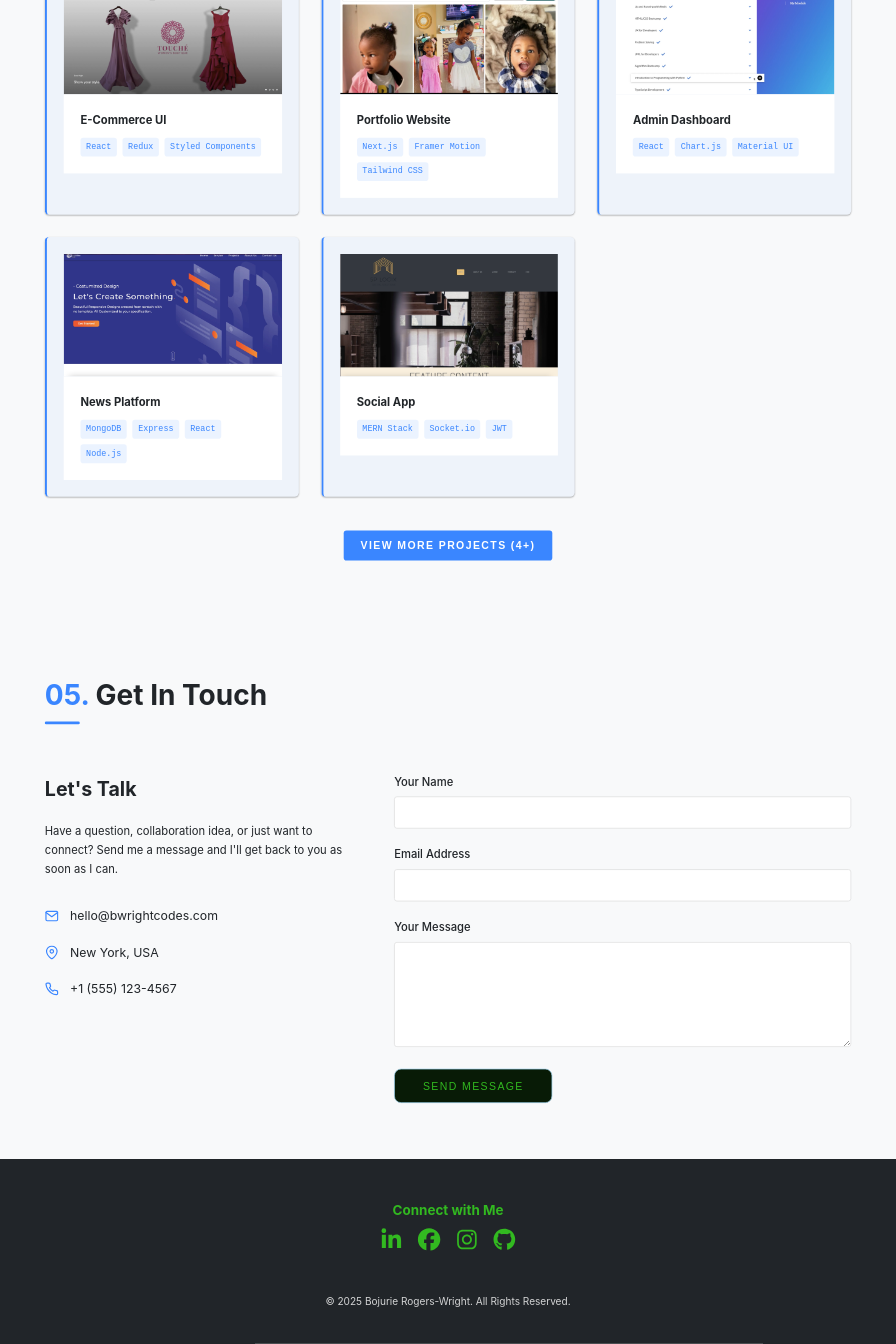
Repository: Bojurie/Portfolio_2022
Page: /
An editor plug-in stored every save of this project. The page is shown before and after the next save, followed by the edit.
The browser window is 1280 px wide. The pictures show the part of the page from y = 3724 to 5644 px (the page is 5644 px tall before and 5634 px after), at 70% of full size.
Pictures or frames that could not be fetched are drawn as grey boxes. The project was rebuilt for these pictures with package versions that can differ from the ones it lists, and the page was loaded fresh each time. Also part of the build but not shown: src/component/pages/Resume.css, src/component/pages/Resume.js. Imported but missing from the stored project, and not drawn on this page: src/component/Resume.pdf, src/component/images/video.mp4, src/component/videos/Screen Recording 2022-04-01 at 8.22.57 PM.mov, src/component/videos/Screen Recording 2022-04-01 at 8.23.25 PM.mov, src/component/videos/Screen Recording 2022-04-01 at 8.25.20 PM.mov, src/component/videos/Screen Recording 2022-04-01 at 8.27.28 PM.mov, src/component/videos/Screen Recording 2022-04-01 at 8.28.35 PM.mov, src/component/videos/Screen Recording 2022-04-01 at 8.30.37 PM.mov and 3 more.

Above is the page before, as saved 2025-04-22 06:25:14.

### public/index.html
<!DOCTYPE html>
<html lang="en">
  <head>
    <meta charset="utf-8" />
    <link rel="icon" href="%PUBLIC_URL%/favicon.ico" />
    <meta name="viewport" content="width=device-width, initial-scale=1" />
    <meta name="theme-color" content="#000000" />
    <meta
      name="description"
      content="Web site created using create-react-app"
    />
    <link rel="apple-touch-icon" href="%PUBLIC_URL%/logo192.png" />


    <link rel="manifest" href="%PUBLIC_URL%/manifest.json" />
    <!--
      Notice the use of %PUBLIC_URL% in the tags above.
      It will be replaced with the URL of the `public` folder during the build.
      Only files inside the `public` folder can be referenced from the HTML.

      Unlike "/favicon.ico" or "favicon.ico", "%PUBLIC_URL%/favicon.ico" will
      work correctly both with client-side routing and a non-root public URL.
      Learn how to configure a non-root public URL by running `npm run build`.
    -->
    <title>Bojurie Rogers-Wright | | Tech</title>
     <link rel="shortcut icon" href="%PUBLIC_URL%/favicon.ico">
    <link rel="apple-touch-icon" sizes="180x180" href="/apple-touch-icon.png">
    <link rel="icon" type="image/png" sizes="32x32" href="/favicon-32x32.png">
    <link rel="icon" type="image/png" sizes="16x16" href="/favicon-16x16.png">
    <link rel="manifest" href="/site.webmanifest">


    <link rel="preconnect" href="https://fonts.googleapis.com">
    <link rel="preconnect" href="https://fonts.gstatic.com" crossorigin>
    <link href="https://fonts.googleapis.com/css2?family=Montserrat:ital,wght@0,100;0,200;0,300;0,400;0,500;0,600;0,700;0,800;0,900;1,100;1,200;1,300;1,400;1,500;1,600;1,700;1,800;1,900&family=Roboto:ital,wght@0,300;0,400;0,500;0,700;1,300&display=swap" rel="stylesheet">
  </head>
  <body>
    <noscript>You need to enable JavaScript to run this app.</noscript>
    <div id="root"></div>

   <script>

   </script>
  </body>
</html>

### src/App.css
:root {
  --primary-color: #3a86ff;
  --secondary-color: #8338ec;
  --dark-color: #212529;
  --light-color: #f8f9fa;
  --success-color: #06d6a0;
  --danger-color: #ef476f;
  --warning-color: #ffd166;

  --font-main: 'Inter', -apple-system, BlinkMacSystemFont, sans-serif;
  --font-mono: 'Fira Code', monospace;

  --transition: all 0.3s ease-in-out;
  --shadow-sm: 0 1px 3px rgba(0,0,0,0.12), 0 1px 2px rgba(0,0,0,0.24);
  --shadow-md: 0 4px 6px rgba(0,0,0,0.1), 0 1px 3px rgba(0,0,0,0.08);
  --shadow-lg: 0 10px 25px rgba(0,0,0,0.1), 0 5px 10px rgba(0,0,0,0.05);
}

* {
  margin: 0;
  padding: 0;
  box-sizing: border-box;
}

html {
  scroll-behavior: smooth;
}

body {
  font-family: var(--font-main);
  line-height: 1.6;
  color: var(--dark-color);
  background-color: var(--light-color);
  overflow-x: hidden;
}

.app {
  display: flex;
  flex-direction: column;
  min-height: 100vh;
}

/* Utility Classes */
.container {
  width: 100%;
  max-width: 1200px;
  margin: 0 auto;
  padding: 0 1.5rem;
}

.section {
  padding: 5rem 0;
}

.section-title {
  font-size: 2.5rem;
  margin-bottom: 2rem;
  position: relative;
  display: inline-block;
}

.section-title::after {
  content: '';
  position: absolute;
  bottom: -10px;
  left: 0;
  width: 50px;
  height: 4px;
  background: var(--primary-color);
  border-radius: 2px;
}

.btn {
  display: inline-block;
  padding: 0.8rem 1.5rem;
  border-radius: 4px;
  font-weight: 600;
  text-decoration: none;
  transition: var(--transition);
  cursor: pointer;
  border: none;
}

.btn-primary {
  background: var(--primary-color);
  color: white;
}

.btn-primary:hover {
  background: #2a75e6;
  transform: translateY(-2px);
  box-shadow: var(--shadow-md);
}

.btn-outline {
  background: transparent;
  border: 2px solid var(--primary-color);
  color: var(--primary-color);
}

.btn-outline:hover {
  background: var(--primary-color);
  color: white;
  transform: translateY(-2px);
}

/* Responsive */
@media (max-width: 768px) {
  .section {
    padding: 3rem 0;
  }

  .section-title {
    font-size: 2rem;
  }
}

### src/component/pages/Home.css
.home {
  display: flex;
  flex-direction: column;
  overflow-x: hidden;
}

/* Ensures sections have proper spacing */
.home > section {
  scroll-margin-top: 100px;
}

### src/component/pages/About.css
.about-grid {
  display: grid;
  grid-template-columns: 1fr 2fr;
  gap: 3rem;
  margin-top: 3rem;
}

.about-image-container {
  position: relative;
}

.about-image-wrapper {
  position: relative;
  width: 100%;
  max-width: 300px;
  margin: 0 auto;
}

.about-image {
  width: 100%;
  height: auto;
  border-radius: 4px;
  position: relative;
  z-index: 1;
  filter: grayscale(100%) contrast(1);
  transition: var(--transition);
}

.about-image-border {
  position: absolute;
  width: 100%;
  height: 100%;
  border: 2px solid var(--primary-color);
  border-radius: 4px;
  top: 20px;
  left: 20px;
  z-index: 0;
  transition: var(--transition);
}

.about-image-container:hover .about-image {
  filter: none;
}

.about-image-container:hover .about-image-border {
  top: 15px;
  left: 15px;
}

.about-name {
  font-size: 2rem;
  margin-bottom: 0.5rem;
  color: var(--dark-color);
}

.about-role {
  font-size: 1.25rem;
  color: var(--primary-color);
  margin-bottom: 1.5rem;
}

.about-bio {
  margin-bottom: 2rem;
  font-size: 1.1rem;
}

.about-text {
  margin-bottom: 3rem;
}

.about-text p {
  margin-bottom: 1.5rem;
  line-height: 1.7;
}

.skills-heading {
  font-size: 1.5rem;
  margin-bottom: 1.5rem;
  position: relative;
}

.skills-grid {
  display: grid;
  grid-template-columns: repeat(2, 1fr);
  gap: 1rem;
}

.skill-item {
  display: flex;
  align-items: center;
  gap: 0.75rem;
  font-family: var(--font-mono);
  font-size: 0.9rem;
  color: var(--dark-color);
}

.skill-icon {
  color: var(--primary-color);
  font-size: 1.1rem;
}

@media (max-width: 992px) {
  .about-grid {
    grid-template-columns: 1fr;
  }

  .about-image-wrapper {
    margin-bottom: 3rem;
  }
}

@media (max-width: 576px) {
  .skills-grid {
    grid-template-columns: 1fr;
  }
}

### src/component/pages/Contact.css
.contact-grid {
  display: grid;
  grid-template-columns: 1fr 1.5fr;
  gap: 4rem;
  margin-top: 3rem;
}

.contact-subtitle {
  font-size: 1.75rem;
  margin-bottom: 1.5rem;
}

.contact-text {
  margin-bottom: 2.5rem;
  line-height: 1.7;
}

.contact-details {
  display: flex;
  flex-direction: column;
  gap: 1.5rem;
}

.contact-item {
  display: flex;
  align-items: center;
  gap: 1rem;
  font-size: 1.1rem;
}

.contact-icon {
  color: var(--primary-color);
  font-size: 1.25rem;
}

.form-group {
  margin-bottom: 1.5rem;
}

.form-group label {
  display: block;
  margin-bottom: 0.5rem;
  font-weight: 500;
}

.form-input,
.form-textarea {
  width: 100%;
  padding: 0.75rem 1rem;
  border: 1px solid #ddd;
  border-radius: 4px;
  font-family: var(--font-main);
  font-size: 1rem;
  transition: var(--transition);
}

.form-input:focus,
.form-textarea:focus {
  outline: none;
  border-color: var(--primary-color);
  box-shadow: 0 0 0 2px rgba(58, 134, 255, 0.2);
}

.form-textarea {
  resize: vertical;
  min-height: 150px;
}

.success-message {
  padding: 1rem;
  background: rgba(6, 214, 160, 0.1);
  color: var(--success-color);
  border-radius: 4px;
  margin-bottom: 1.5rem;
  text-align: center;
}

@media (max-width: 992px) {
  .contact-grid {
    grid-template-columns: 1fr;
    gap: 3rem;
  }
}

### src/component/Header.css
.header {
  width: 100%;
  position: sticky;
  top: 0;
  z-index: 1000;
}

### src/SocialFollow.js
import React from "react";
import { FontAwesomeIcon } from "@fortawesome/react-fontawesome";
import {
  faFacebook,
  faInstagram,
  faGithub,
  faLinkedinIn,
} from "@fortawesome/free-brands-svg-icons";
import "./SocialFollow.css";

const SocialFollow = () => {
  return (
    <div className="social-container">
      <h3>Connect with Me</h3>
      <a
        href="https://www.linkedin.com/in/bojurie-rogers-wright/"
        className="linkedin social"
        target="_blank"
        rel="noopener noreferrer"
      >
        <FontAwesomeIcon icon={faLinkedinIn} size="2x" />
      </a>
      <a
        href="https://www.facebook.com/bojurie.rogers/"
        className="facebook social"
        target="_blank"
        rel="noopener noreferrer"
      >
        <FontAwesomeIcon icon={faFacebook} size="2x" />
      </a>
      <a
        href="https://www.instagram.com/bwrightcodes/"
        className="instagram social"
        target="_blank"
        rel="noopener noreferrer"
      >
        <FontAwesomeIcon icon={faInstagram} size="2x" />
      </a>
      <a
        href="https://github.com/Bojurie"
        className="github social"
        target="_blank"
        rel="noopener noreferrer"
      >
        <FontAwesomeIcon icon={faGithub} size="2x" />
      </a>
    </div>
  );
};

export default SocialFollow;

### src/component/pages/Footer.css
.footer {
  background: var(--dark-color);
  color: white;
  padding: 3rem 0;
  text-align: center;
}

.footer-content {
  display: flex;
  flex-direction: column;
  align-items: center;
  gap: 2rem;
}

.footer-copyright {
  font-size: 0.9rem;
  opacity: 0.8;
  margin-top: 1rem;
}

@media (max-width: 768px) {
  .footer {
    padding: 2rem 0;
  }
}

### src/component/pages/Experience.css
/* Experience Section */
.experience {
  padding: 5rem 0;
  background-color: var(--light-color);
}

.experience-container {
  display: flex;
  flex-direction: column;
  gap: 2.5rem;
  margin-top: 3rem;
}

.experience-card {
  background: white;
  border-radius: 8px;
  padding: 2rem;
  box-shadow: var(--shadow-sm);
  transition: var(--transition);
}

.experience-card:hover {
  box-shadow: var(--shadow-md);
}

.experience-header {
  display: flex;
  gap: 1.5rem;
  margin-bottom: 1.5rem;
}

.experience-icon-container {
  display: flex;
  align-items: center;
  justify-content: center;
  width: 50px;
  height: 50px;
  border-radius: 50%;
  background: var(--primary-color);
  color: white;
  flex-shrink: 0;
}

.experience-icon {
  font-size: 1.25rem;
}

.experience-info {
  flex: 1;
}

.experience-role {
  font-size: 1.25rem;
  color: var(--dark-color);
  margin-bottom: 0.25rem;
}

.experience-company-period {
  display: flex;
  gap: 1rem;
  margin-bottom: 0.5rem;
}

.experience-company {
  font-weight: 600;
  color: var(--primary-color);
}

.experience-period {
  color: #666;
  font-size: 0.9rem;
}

.experience-location {
  display: flex;
  align-items: center;
  gap: 0.5rem;
  color: #666;
  font-size: 0.9rem;
}

.location-icon {
  font-size: 0.9rem;
}

.experience-description {
  line-height: 1.7;
  margin-bottom: 2rem;
  color: var(--dark-color);
}

/* Projects Section */
.projects-section {
  border-top: 1px solid rgba(0, 0, 0, 0.1);
  padding-top: 1.5rem;
}

.projects-heading {
  display: flex;
  align-items: center;
  gap: 0.75rem;
  font-size: 1.1rem;
  margin-bottom: 1.5rem;
  color: var(--dark-color);
}

.projects-icon {
  color: var(--primary-color);
}

.projects-grid {
  display: grid;
  grid-template-columns: repeat(auto-fill, minmax(280px, 1fr));
  gap: 1.5rem;
}

.project-card {
  background: rgba(58, 134, 255, 0.05);
  border-radius: 6px;
  padding: 1.5rem;
  border-left: 3px solid var(--primary-color);
  transition: var(--transition);
}

.project-title {
  font-size: 1rem;
  margin-bottom: 0.75rem;
  color: var(--dark-color);
}

.project-description {
  font-size: 0.9rem;
  line-height: 1.6;
  margin-bottom: 1rem;
  color: #555;
}

.technologies-container {
  display: flex;
  flex-wrap: wrap;
  gap: 0.5rem;
}

.technology-tag {
  font-size: 0.75rem;
  padding: 0.25rem 0.5rem;
  background: rgba(58, 134, 255, 0.1);
  color: var(--primary-color);
  border-radius: 4px;
  font-family: var(--font-mono);
}

/* Responsive Styles */
@media (max-width: 768px) {
  .experience {
    padding: 3rem 0;
  }

  .experience-card {
    padding: 1.5rem;
  }

  .experience-header {
    flex-direction: column;
    gap: 1rem;
  }

  .experience-icon-container {
    width: 40px;
    height: 40px;
  }

  .projects-grid {
    grid-template-columns: 1fr;
  }
}

@media (max-width: 576px) {
  .experience-card {
    padding: 1.25rem;
  }

  .experience-role {
    font-size: 1.1rem;
  }

  .experience-description {
    font-size: 0.95rem;
  }
}

### src/component/Hero.css
.hero {
  position: relative;
  min-height: 800px;
  display: flex;
  align-items: center;
  justify-content: center;
  color: white;
  overflow: hidden;
}

.hero-video-container {
  position: absolute;
  top: 0;
  left: 0;
  width: 100%;
  height: 100%;
  z-index: -1;
}

.hero-video {
  width: 100%;
  height: 100%;
  object-fit: cover;
}

.hero-overlay {
  position: absolute;
  top: 0;
  left: 0;
  width: 100%;
  height: 100%;
  background: rgba(0, 0, 0, 0.5);
}

.hero-content {
  max-width: 800px;
  padding: 2rem;
  text-align: center;
  z-index: 1;
}

.hero-subtitle {
  font-size: 1.5rem;
  margin-bottom: 1rem;
  font-weight: 400;
}

.hero-title {
  font-size: 4rem;
  margin-bottom: 1.5rem;
  line-height: 1.1;
}

.hero-text {
  font-size: 1.25rem;
  margin-bottom: 2.5rem;
  line-height: 1.6;
}

@media (max-width: 768px) {
  .hero-title {
    font-size: 3rem;
  }

  .hero-text {
    font-size: 1.1rem;
  }
}

### src/component/Button.css
button {
  padding: 15px 40px;
  font-size: 15px;
  border-radius: 10px;
  background-color: rgb(8, 27, 6);
  color: rgb(50, 185, 32);
  letter-spacing: 2px;
  text-transform: uppercase;
  border: 1px solid rgb(152, 207, 233);
}


@media screen and (max-width: 414px) {
  button {
    padding: 10px 20px;
    font-size: 13px;
  }
}

### src/component/Navbar.css
.nav {
  width: 100%;
  position: fixed;
  top: 0;
  left: 0;
  z-index: 1000;
  background: rgba(255, 255, 255, 0.95);
  backdrop-filter: blur(10px);
  box-shadow: var(--shadow-sm);
}

.navbar-container {
  display: flex;
  justify-content: space-between;
  align-items: center;
  padding: 1rem 2rem;
  max-width: 1200px;
  margin: 0 auto;
}

.logo-link {
  text-decoration: none;
  color: var(--dark-color);
  font-weight: 700;
  font-size: 1.5rem;
  display: flex;
  align-items: center;
  gap: 0.5rem;
}

.menu-toggle {
  display: none;
  background: none;
  border: none;
  font-size: 1.5rem;
  cursor: pointer;
  color: var(--dark-color);
  z-index: 1001;
}

.nav-links-desktop {
  display: flex;
  gap: 1.5rem;
  list-style: none;
}

.nav-links-desktop li {
  position: relative;
}

.nav-link {
  text-decoration: none;
  color: var(--dark-color);
  font-weight: 500;
  display: flex;
  align-items: center;
  gap: 0.5rem;
  padding: 0.5rem 0;
  position: relative;
  transition: var(--transition);
}

.nav-link:hover {
  color: var(--primary-color);
}

.nav-link::after {
  content: '';
  position: absolute;
  bottom: 0;
  left: 0;
  width: 0;
  height: 2px;
  background: var(--primary-color);
  transition: var(--transition);
}

.nav-link:hover::after {
  width: 100%;
}

.nav-icon {
  font-size: 1.1rem;
}

/* Mobile Menu */
.mobile-menu-backdrop {
  position: fixed;
  top: 0;
  left: 0;
  width: 100%;
  height: 100%;
  background: rgba(0, 0, 0, 0.5);
  z-index: 999;
}

.nav-links-mobile {
  position: fixed;
  top: 0;
  right: 0;
  width: 70%;
  max-width: 300px;
  height: 100%;
  background: white;
  list-style: none;
  padding: 5rem 2rem;
  display: flex;
  flex-direction: column;
  gap: 1.5rem;
  box-shadow: -5px 0 15px rgba(0, 0, 0, 0.1);
  z-index: 1000;
}

.mobile-nav-link {
  text-decoration: none;
  color: var(--dark-color);
  font-weight: 500;
  font-size: 1.2rem;
  display: flex;
  align-items: center;
  gap: 1rem;
  padding: 0.5rem 0;
  transition: var(--transition);
}

.mobile-nav-link:hover {
  color: var(--primary-color);
}

/* Responsive */
@media (max-width: 768px) {
  .menu-toggle {
    display: block;
  }

  .nav-links-desktop {
    display: none;
  }

  .navbar-container {
    padding: 1rem;
  }
}

### src/SocialFollow.css
.social-container {
  padding: 10px 0;
}

.social-container h3 {
  margin-bottom: 10px;
  font-size: 1.2rem;
  color: #32b920;
}

a.social {
  margin: 0 0.75rem;
  transition: transform 250ms ease, color 250ms ease;
  display: inline-block;
  color: #32b920;
}

a.social:hover {
  transform: translateY(-4px);
  color: white;
}

@media screen and (max-width: 414px) {
  .social-container h3 {
    font-size: 1rem;
  }

  a.social {
    margin: 0 0.5rem;
  }
}

Loaded but not shown: src/component/pages/Project.js (495 lines, source omitted); src/component/pages/Experience.js (153 lines, source omitted); src/component/pages/About.js (114 lines, source omitted); src/component/pages/Contact.js (141 lines, source omitted); src/component/Navbar.js (107 lines, source omitted); src/App.js (99 lines, source omitted); src/component/Hero.js (51 lines, source omitted); src/component/pages/Footer.js (29 lines, source omitted); src/component/pages/Home.js (38 lines, source omitted); src/component/Button.js (14 lines, source omitted); src/component/Header.js (13 lines, source omitted); src/index.js (9 lines, source omitted); src/component/pages/Project.css (514 lines, source omitted)

After the next save:
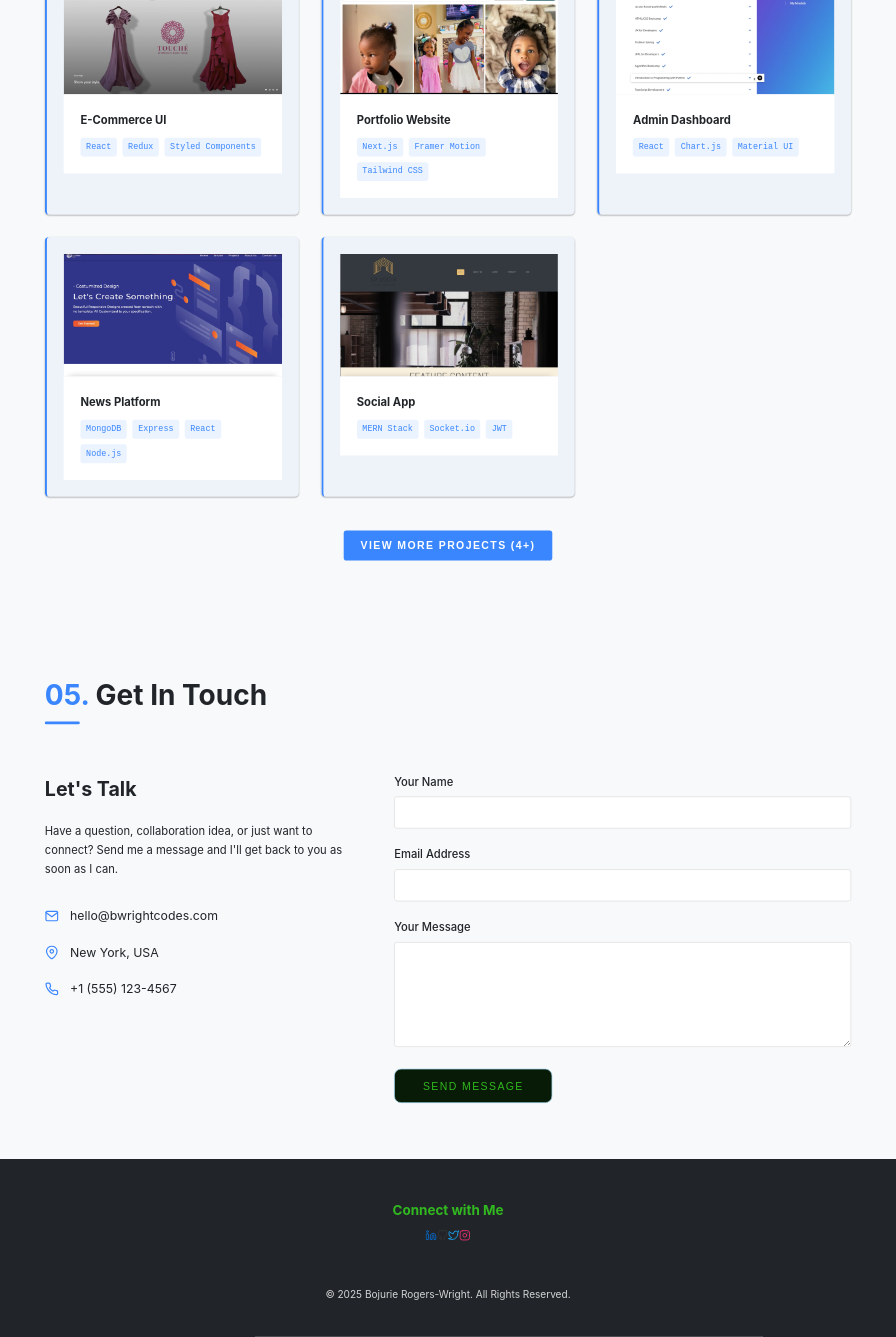
Saved 26 s later.
--- a/src/SocialFollow.js
+++ b/src/SocialFollow.js
@@ -1,49 +1,56 @@
 import React from "react";
-import { FontAwesomeIcon } from "@fortawesome/react-fontawesome";
-import {
-  faFacebook,
-  faInstagram,
-  faGithub,
-  faLinkedinIn,
-} from "@fortawesome/free-brands-svg-icons";
+import { motion } from "framer-motion";
+import { FiGithub, FiLinkedin, FiTwitter, FiInstagram } from "react-icons/fi";
 import "./SocialFollow.css";
 
 const SocialFollow = () => {
+  const socialLinks = [
+    {
+      name: "LinkedIn",
+      url: "https://www.linkedin.com/in/bojurie-rogers-wright/",
+      icon: <FiLinkedin />,
+      color: "#0A66C2",
+    },
+    {
+      name: "GitHub",
+      url: "https://github.com/Bojurie",
+      icon: <FiGithub />,
+      color: "#333",
+    },
+    {
+      name: "Twitter",
+      url: "#",
+      icon: <FiTwitter />,
+      color: "#1DA1F2",
+    },
+    {
+      name: "Instagram",
+      url: "https://www.instagram.com/bwrightcodes/",
+      icon: <FiInstagram />,
+      color: "#E1306C",
+    },
+  ];
+
   return (
     <div className="social-container">
-      <h3>Connect with Me</h3>
-      <a
-        href="https://www.linkedin.com/in/bojurie-rogers-wright/"
-        className="linkedin social"
-        target="_blank"
-        rel="noopener noreferrer"
-      >
-        <FontAwesomeIcon icon={faLinkedinIn} size="2x" />
-      </a>
-      <a
-        href="https://www.facebook.com/bojurie.rogers/"
-        className="facebook social"
-        target="_blank"
-        rel="noopener noreferrer"
-      >
-        <FontAwesomeIcon icon={faFacebook} size="2x" />
-      </a>
-      <a
-        href="https://www.instagram.com/bwrightcodes/"
-        className="instagram social"
-        target="_blank"
-        rel="noopener noreferrer"
-      >
-        <FontAwesomeIcon icon={faInstagram} size="2x" />
-      </a>
-      <a
-        href="https://github.com/Bojurie"
-        className="github social"
-        target="_blank"
-        rel="noopener noreferrer"
-      >
-        <FontAwesomeIcon icon={faGithub} size="2x" />
-      </a>
+      <h3 className="social-title">Connect with Me</h3>
+      <div className="social-links">
+        {socialLinks.map((social, index) => (
+          <motion.a
+            key={index}
+            href={social.url}
+            className="social-link"
+            target="_blank"
+            rel="noopener noreferrer"
+            whileHover={{ y: -3 }}
+            whileTap={{ scale: 0.9 }}
+            style={{ color: social.color }}
+            aria-label={social.name}
+          >
+            {social.icon}
+          </motion.a>
+        ))}
+      </div>
     </div>
   );
 };
